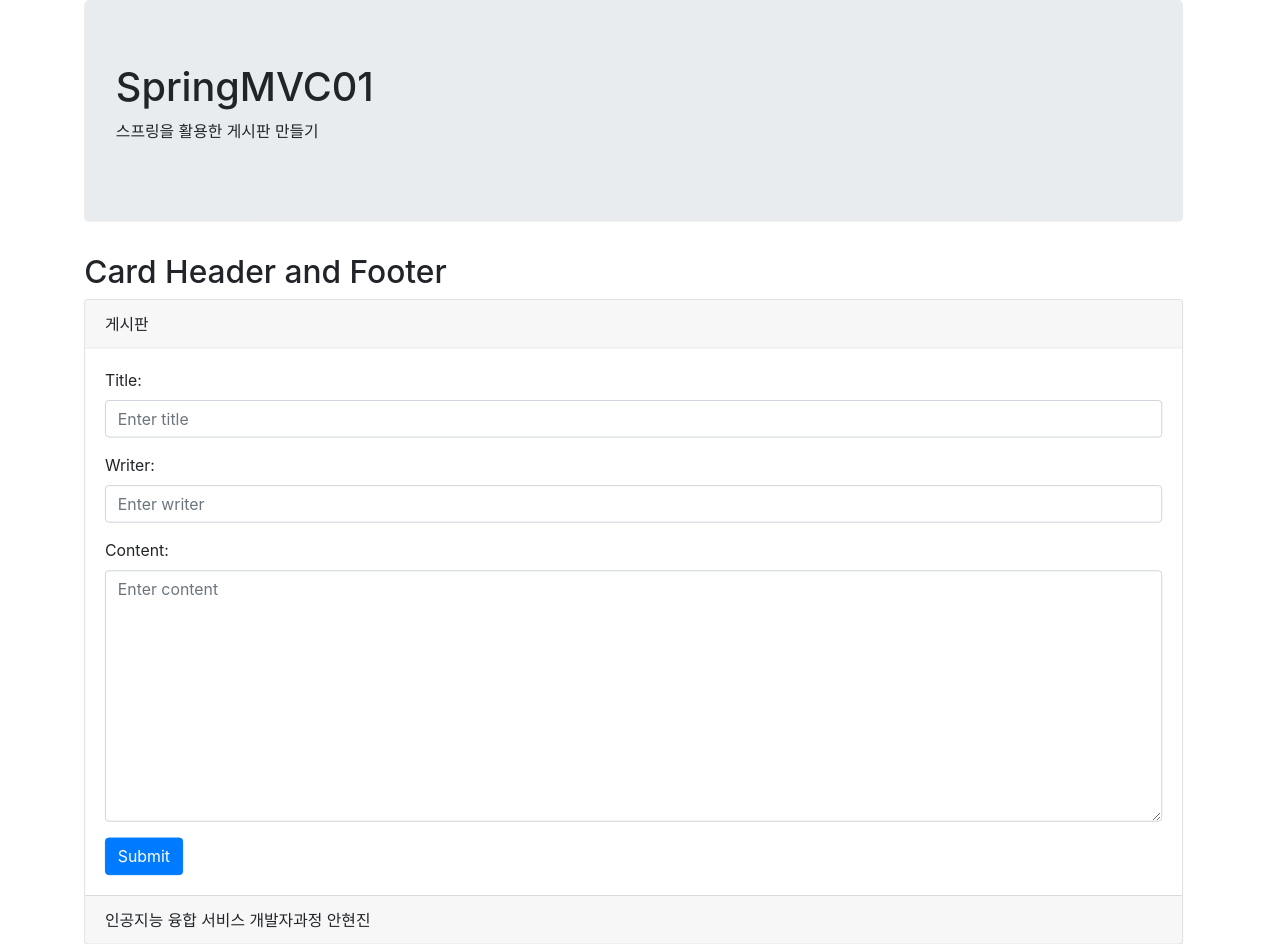
Repository: JangGunWook/Spring_webStudy
Page: http://localhost/SpringMVC01/WEB-INF/views/boardDetail.jsp
An editor plug-in stored every save of this project. The page is shown before and after the next save, followed by the edit.
The browser window is 1280 px wide. The pictures show the whole page, at 99% of full size.
The page is served by Tomcat 9. Nobody is signed in. The template is opened directly, without the code that normally fills it, so the values that code supplies are empty.

Above is the page before, as saved 2023-10-17 03:50:31.

After the next save:
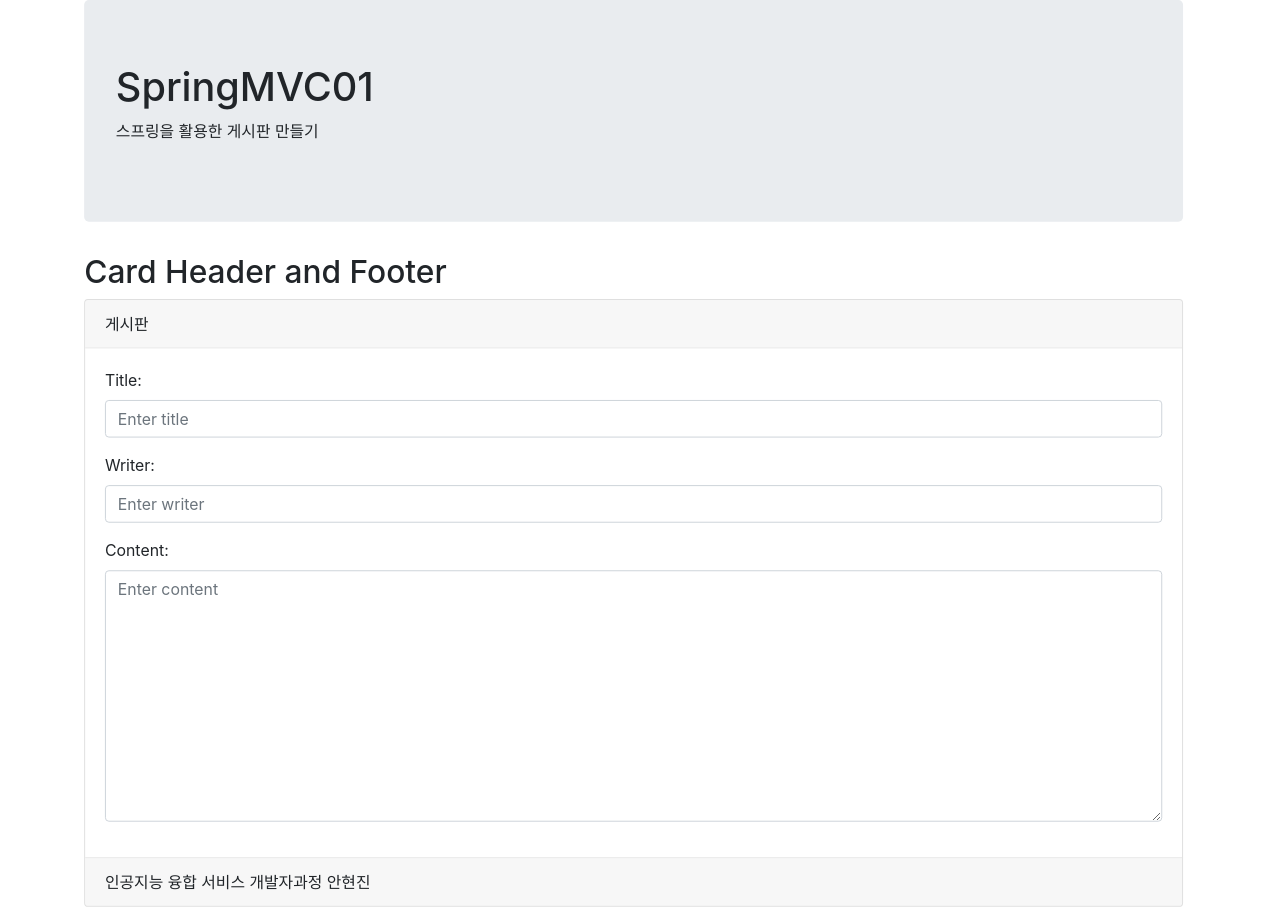
Saved 10 s later.
--- a/SpringMVC01/src/main/webapp/WEB-INF/views/boardDetail.jsp
+++ b/SpringMVC01/src/main/webapp/WEB-INF/views/boardDetail.jsp
@@ -41,8 +41,6 @@
 						<label for="content">Content:</label>
 						 <textarea rows="10" name="content" class="form-control" placeholder="Enter content" id="content">${detail.content}</textarea>
 					</div>
-
-					<button type="submit" class="btn btn-primary">Submit</button>
 				</form>
 
 			</div>
